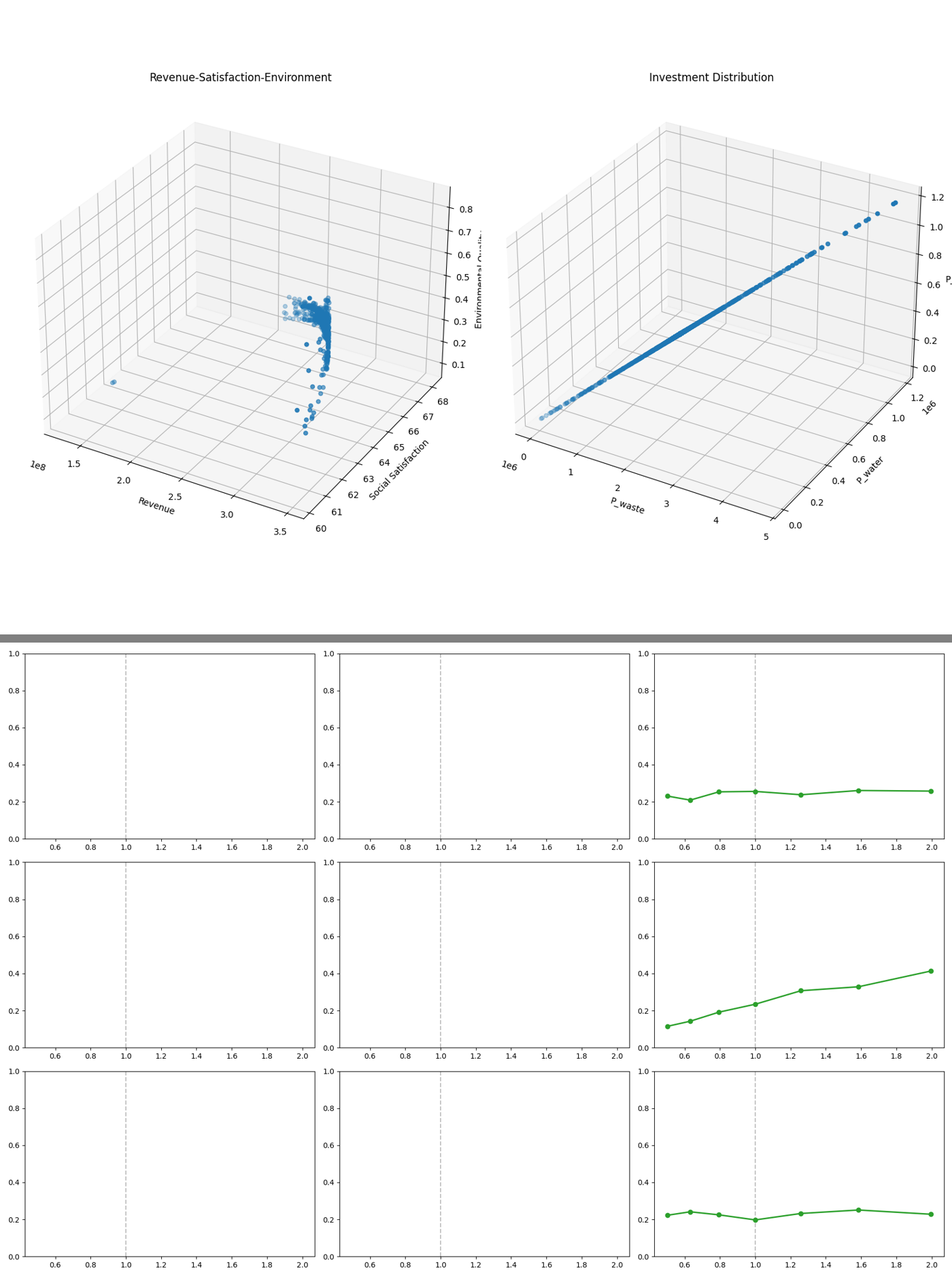
Repository: Kevinye0116/MCM
Script's output: python Coding/trial3s1.py
An editor plug-in stored every save of this project. The script's output is shown before and after the next save, followed by the edit.
The pictures are shown at 68% of full size.
Each picture stacks the figures in order, with grey between them; figures that are only written to a file come last. Figures wider than 1,400 px are first shrunk to that width. Random numbers start from a fixed seed.

Above is the script's output before, as saved 2025-01-26 09:38:59.

### Coding/trial3s1.py
from typing import List, Tuple

import matplotlib.pyplot as plt
import numpy as np
from mpl_toolkits.mplot3d import Axes3D


class TourismOptimization:
    def __init__(self):
        # 模型系数
        self.k1 = 0.5  # 环保投资效率系数
        self.k2 = 0.3  # 碳排放影响系数
        self.k3 = 0.2  # 自然恢复系数
        self.k4 = 0.15  # 基础设施发展系数
        self.k5 = 0.20  # 废物处理投资系数
        self.k6 = 0.05  # 水资源投资系数
        self.k7 = 0.05  # 环保投资系数

        # 社会满意度参数
        self.a1 = -1.975284171471327e-11  # 游客数量对居民满意度的影响系数
        self.a2 = 4.772497706879391e-05  # 旅游税对游客满意度的影响系数
        self.a3 = 0.015  # 消费水平对游客满意度的影响系数
        self.b1 = 39.266042633247565  # 居民基础满意度
        self.b2 = 60  # 游客基础满意度

        # 约束条件上限
        self.Nt_max = 5000000  # 最大游客数量
        self.tau_max = 7  # 最大旅游税
        self.Pt = 190  # 固定游客消费为常数
        self.Pt_max = 190  # 更新最大游客消费为固定值
        self.CO2_max = 500000  # 最大碳排放量
        self.E = 0  # 最小环境质量指数

        # 其他参数
        self.CO2p = 0.184  # 人均碳排放量

        # 系统动态参数
        self.dt = 0.1  # 时间步长

        # 新增参数
        self.Cwater = 18900000  # 水资源容量
        self.Cwaste = 2549110  # 废物处理容量
        self.a4 = 0.01  # 游客数量对游客满意度的影响系数
        self.b3 = 10  # 废物处理基准增长率

        # 新增影响系数
        self.k8 = 0.1  # 环保投资对碳排放的影响系数
        self.k9 = 0.4  # 废物处理投资对废物处理容量的影响系数
        self.k10 = 0.1  # 水资源投资对水资源容量的影响系数

        # 初始容量
        self.CO2p_initial = 0.184  # 初始人均碳排放量
        self.Cwaste_initial = 2549110  # 初始废物处理容量
        self.Cwater_initial = 18900000  # 初始水资源容量

    def calculate_revenue(self, x: np.ndarray) -> float:
        """计算总收入"""
        Nt, tau_t = x
        return self.Pt * Nt  # 使用固定的Pt值

    def calculate_social_satisfaction(self, x: np.ndarray) -> float:
        """计算社会满意度，确保满意度在0-100范围内"""
        Nt, tau_t = x

        # 居民满意度包含二次项
        S_residents = self.a1 * Nt * Nt + self.a2 * Nt + self.b1
        # 限制居民满意度在0-100范围内
        S_residents = np.clip(S_residents, 0, 100)

        # 游客满意度
        # S_tourists = self.a3 * self.Pt + self.a4 * Nt + self.b2
        # 限制游客满意度在0-100范围内
        # S_tourists = np.clip(S_tourists, 0, 100)

        # 加权平均
        return S_residents

    def calculate_adjusted_capacities(
        self, x: np.ndarray
    ) -> Tuple[float, float, float]:
        """计算投资后的调整容量"""
        P_waste, P_water, P_e = self.calculate_investments(x)

        # 计算调整后的容量
        CO2p_adjusted = self.CO2p_initial - self.k8 * P_e
        Cwaste_adjusted = self.Cwaste_initial - self.k9 * P_waste
        Cwater_adjusted = self.Cwater_initial - self.k10 * P_water

        # 确保容量不会变为负值
        CO2p_adjusted = max(0, CO2p_adjusted)
        Cwaste_adjusted = max(0, Cwaste_adjusted)
        Cwater_adjusted = max(0, Cwater_adjusted)

        return CO2p_adjusted, Cwaste_adjusted, Cwater_adjusted

    def calculate_environmental_quality(self, x: np.ndarray) -> float:
        """计算环境质量指数"""
        Nt, tau_t = x
        CO2p_adj, Cwaste_adj, Cwater_adj = self.calculate_adjusted_capacities(x)

        return (
            self.k1 * CO2p_adj * Nt / self.CO2_max
            + self.k2 * Nt / Cwaste_adj
            + self.k3 * Nt / Cwater_adj
        )

    # def calculate_dCwaste_dt(self, x: np.ndarray) -> float:
    #     """计算废物处理容量的变化率 dCwaste/dt"""
    #     Nt, tau_t = x
    #     Pb = self.k5 * tau_t * Nt  # 基础设施投资
    #     return self.k4 * Pb + self.b3

    def calculate_investments(self, x: np.ndarray) -> Tuple[float, float, float]:
        """计算三种投资金额"""
        Nt, tau_t = x
        Re = self.calculate_revenue(x)  # 总收入
        P_waste = self.k5 * tau_t * Re / 100  # 废物处理投资
        P_water = self.k6 * tau_t * Re / 100  # 水资源投资
        P_e = self.k7 * tau_t * Re / 100  # 环保投资
        return P_waste, P_water, P_e

    def constraints(self, x: np.ndarray) -> List[float]:
        """检查所有约束条件"""
        Nt, tau_t = x
        CO2p_adj, Cwaste_adj, Cwater_adj = self.calculate_adjusted_capacities(x)

        constraints = [
            self.Nt_max - Nt,  # 游客数量上限约束
            self.tau_max - tau_t,  # 旅游税上限约束
            self.CO2_max - Nt * CO2p_adj,  # 使用调整后的碳排放约束
            self.a1 * Nt * Nt + self.a2 * Nt + self.b1 - 60,  # 居民满意度最低要求
            Nt,  # 游客数量非负
            tau_t,  # 旅游税非负
            0.4 - (self.k5 + self.k6 + self.k7),  # 投资系数和的约束
            Cwaste_adj,  # 确保废物处理容量为正
            Cwater_adj,  # 确保水资源容量为正
        ]
        return constraints

    def is_feasible(self, x: np.ndarray) -> bool:
        """检查解是否满足所有约束条件"""
        return all(c >= 0 for c in self.constraints(x))

    def dominates(
        self,
        obj1: Tuple[float, float, float, float, float, float],
        obj2: Tuple[float, float, float, float, float, float],
    ) -> bool:
        """检查obj1是否支配obj2"""
        return (
            all(o1 >= o2 for o1, o2 in zip(obj1[:3], obj2[:3]))
            and all(o1 <= o2 for o1, o2 in zip(obj1[3:], obj2[3:]))
            and (
                any(o1 > o2 for o1, o2 in zip(obj1[:3], obj2[:3]))
                or any(o1 < o2 for o1, o2 in zip(obj1[3:], obj2[3:]))
            )
        )

    def crossover_and_mutate(
        self, parent1: np.ndarray, parent2: np.ndarray
    ) -> np.ndarray:
        """进行交叉和变异操作"""
        # 算术交叉
        alpha = np.random.random()
        child = alpha * parent1 + (1 - alpha) * parent2

        # 变异
        mutation_rate = 0.1
        if np.random.random() < mutation_rate:
            mutation_strength = 0.1
            child += np.random.normal(0, mutation_strength, size=2)

        # 确保在约束范围内
        child[0] = np.clip(child[0], 0, self.Nt_max)
        child[1] = np.clip(child[1], 0, self.tau_max)

        return child

    def pareto_optimization(
        self, population_size: int = 100, generations: int = 50
    ) -> List[np.ndarray]:
        """执行帕累托优化"""
        # 初始化种群
        population = []
        while len(population) < population_size:
            x = np.array(
                [
                    np.random.uniform(0, self.Nt_max),
                    np.random.uniform(0, self.tau_max),
                ]
            )
            if self.is_feasible(x):
                population.append(x)

        pareto_front = []
        for generation in range(generations):
            # 评估当前种群的目标函数值
            objectives = []
            for solution in population:
                if self.is_feasible(solution):
                    obj1 = self.calculate_revenue(solution)
                    obj2 = self.calculate_social_satisfaction(solution)
                    obj3 = self.calculate_environmental_quality(solution)
                    P_waste, P_water, P_e = self.calculate_investments(solution)
                    objectives.append((obj1, obj2, obj3, P_waste, P_water, P_e))
                else:
                    objectives.append(
                        (-np.inf, -np.inf, -np.inf, np.inf, np.inf, np.inf)
                    )

            # 更新帕累托前沿
            for i, solution in enumerate(population):
                if not self.is_feasible(solution):
                    continue
                dominated = False
                for j, other_solution in enumerate(population):
                    if (
                        i != j
                        and self.is_feasible(other_solution)
                        and self.dominates(objectives[j], objectives[i])
                    ):
                        dominated = True
                        break
                if not dominated:
                    pareto_front.append(solution)

            # 生成新种群
            new_population = []
            while len(new_population) < population_size:
                # 锦标赛选择
                tournament = np.random.choice(len(population), 2, replace=False)
                if objectives[tournament[0]][0] > objectives[tournament[1]][0]:
                    parent1 = population[tournament[0]]
                else:
                    parent1 = population[tournament[1]]

                tournament = np.random.choice(len(population), 2, replace=False)
                if objectives[tournament[0]][1] > objectives[tournament[1]][1]:
                    parent2 = population[tournament[0]]
                else:
                    parent2 = population[tournament[1]]

                # 交叉和变异
                child = self.crossover_and_mutate(parent1, parent2)
                if self.is_feasible(child):
                    new_population.append(child)

            population = new_population

        # 移除重复解
        pareto_front = np.unique(pareto_front, axis=0)
        return pareto_front

    def simulate_system(self, x: np.ndarray, time_steps: int = 10) -> List[dict]:
        """模拟系统动态变化"""
        history = []
        current_x = x.copy()

        for t in range(time_steps):
            CO2p_adj, Cwaste_adj, Cwater_adj = self.calculate_adjusted_capacities(
                current_x
            )
            current_E = self.calculate_environmental_quality(current_x)

            state = {
                "t": t * self.dt,
                "Nt": current_x[0],
                "tau_t": current_x[1],
                "Pt": self.Pt,
                "E": current_E,
                "CO2p": CO2p_adj,
                "Cwaste": Cwaste_adj,
                "Cwater": Cwater_adj,
                "Revenue": self.calculate_revenue(current_x),
                "Satisfaction": self.calculate_social_satisfaction(current_x),
            }
            history.append(state)

        return history

    def visualize_pareto_front(self, pareto_front: List[np.ndarray]):
        """可视化帕累托前沿"""
        if len(pareto_front) == 0:
            print("No feasible solutions found!")
            return

        objectives = np.array(
            [
                [
                    self.calculate_revenue(x),
                    self.calculate_social_satisfaction(x),
                    self.calculate_environmental_quality(x),
                    *self.calculate_investments(x),
                ]
                for x in pareto_front
            ]
        )

        # 创建多个子图来显示不同的目标组合
        fig = plt.figure(figsize=(15, 10))

        # 收入-满意度-环境质量
        ax1 = fig.add_subplot(121, projection="3d")
        scatter1 = ax1.scatter(objectives[:, 0], objectives[:, 1], objectives[:, 2])
        ax1.set_xlabel("Revenue")
        ax1.set_ylabel("Social Satisfaction")
        ax1.set_zlabel("Environmental Quality")
        ax1.set_title("Revenue-Satisfaction-Environment")

        # 三种投资的对比
        ax2 = fig.add_subplot(122, projection="3d")
        scatter2 = ax2.scatter(objectives[:, 3], objectives[:, 4], objectives[:, 5])
        ax2.set_xlabel("P_waste")
        ax2.set_ylabel("P_water")
        ax2.set_zlabel("P_e")
        ax2.set_title("Investment Distribution")

        plt.tight_layout()
        plt.show()

    def plot_simulation_results(self, history: List[dict]):
        """绘制模拟结果"""
        t = [state["t"] for state in history]
        Nt = [state["Nt"] for state in history]
        E = [state["E"] for state in history]
        CO2p = [state["CO2p"] for state in history]
        Cwaste = [state["Cwaste"] for state in history]
        Cwater = [state["Cwater"] for state in history]
        Revenue = [state["Revenue"] for state in history]
        Satisfaction = [state["Satisfaction"] for state in history]

        fig, axes = plt.subplots(3, 2, figsize=(15, 15))

        # 游客数量变化
        axes[0, 0].plot(t, Nt)
        axes[0, 0].set_title("Tourist Numbers")
        axes[0, 0].set_xlabel("Time")
        axes[0, 0].set_ylabel("Nt")

        # 环境质量变化
        axes[0, 1].plot(t, E)
        axes[0, 1].set_title("Environmental Quality")
        axes[0, 1].set_xlabel("Time")
        axes[0, 1].set_ylabel("E")

        # 容量变化
        axes[1, 0].plot(t, CO2p, label="CO2p")
        axes[1, 0].plot(t, Cwaste, label="Cwaste")
        axes[1, 0].plot(t, Cwater, label="Cwater")
        axes[1, 0].set_title("Capacity Changes")
        axes[1, 0].set_xlabel("Time")
        axes[1, 0].set_ylabel("Capacity")
        axes[1, 0].legend()

        # 收入和满意度变化
        ax2 = axes[1, 1].twinx()
        (l1,) = axes[1, 1].plot(t, Revenue, "b-", label="Revenue")
        (l2,) = ax2.plot(t, Satisfaction, "r-", label="Satisfaction")
        axes[1, 1].set_xlabel("Time")
        axes[1, 1].set_ylabel("Revenue", color="b")
        ax2.set_ylabel("Satisfaction", color="r")
        axes[1, 1].legend(handles=[l1, l2])

        plt.tight_layout()
        plt.show()

    def sensitivity_analysis(self, parameter_names: List[str], variations: int = 5):
        """执行敏感性分析"""
        fig, axes = plt.subplots(
            len(parameter_names), 3, figsize=(18, len(parameter_names) * 4)
        )
        if len(parameter_names) == 1:
            axes = [axes]  # 确保单参数时的维度一致性

        base_parameters = {name: getattr(self, name) for name in parameter_names}

        for idx, param_name in enumerate(parameter_names):
            original_value = getattr(self, param_name)
            variations_values = original_value * np.logspace(
                -0.3, 0.3, num=variations, base=10
            )  # 使用对数尺度

            revenues = []
            satisfactions = []
            environments = []

            for val in variations_values:
                setattr(self, param_name, val)
                try:
                    pareto_front = self.pareto_optimization(
                        population_size=50, generations=20
                    )
                    if len(pareto_front) > 0:
                        obj_values = np.array(
                            [
                                [
                                    self.calculate_revenue(x),
                                    self.calculate_social_satisfaction(x),
                                    self.calculate_environmental_quality(x),
                                ]
                                for x in pareto_front
                                if self.is_feasible(x)  # 添加额外可行性检查
                            ]
                        )
                        # 使用中位数代替平均值
                        revenues.append(
                            np.median(obj_values[:, 0])
                            if len(obj_values) > 0
                            else np.nan
                        )
                        satisfactions.append(
                            np.median(obj_values[:, 1])
                            if len(obj_values) > 0
                            else np.nan
                        )
                        environments.append(
                            np.median(obj_values[:, 2])
                            if len(obj_values) > 0
                            else np.nan
                        )
                    else:
                        revenues.append(np.nan)
                        satisfactions.append(np.nan)
                        environments.append(np.nan)
                except Exception as e:
                    print(f"Error analyzing {param_name}={val}: {str(e)}")
                    revenues.append(np.nan)
                    satisfactions.append(np.nan)
                    environments.append(np.nan)
                finally:
                    setattr(self, param_name, original_value)

            # 在绘图部分添加参考线和标准化
            for ax_row in axes[idx]:
                ax_row.axvline(
                    1.0, color="gray", linestyle="--", alpha=0.5
                )  # 添加基准线
                ax_row.set_ylim(0, None)  # 统一y轴起点

            # 添加颜色和样式改进
            colors = ["#1f77b4", "#ff7f0e", "#2ca02c"]  # 使用更清晰的色系
            axes[idx][0].plot(
                variations_values / original_value,
                revenues,
                "o-",
                color=colors[0],
                linewidth=2,
            )
            axes[idx][1].plot(
                variations_values / original_value,
                satisfactions,
                "o-",
                color=colors[1],
                linewidth=2,
            )
            axes[idx][2].plot(
                variations_values / original_value,
                environments,
                "o-",
                color=colors[2],
                linewidth=2,
            )

        plt.tight_layout()
        plt.show()


def main():
    # Set random seed for reproducibility
    np.random.seed(42)

    # Create optimizer instance
    optimizer = TourismOptimization()

    # Execute Pareto optimization
    print("Performing Pareto optimization...")
    pareto_front = optimizer.pareto_optimization(population_size=100, generations=50)

    # Visualize Pareto front
    print(f"Found {len(pareto_front)} Pareto optimal solutions")
    optimizer.visualize_pareto_front(pareto_front)

    # Print all Pareto optimal solutions
    print("\nAll Pareto optimal solutions:")
    for i, solution in enumerate(pareto_front, 1):
        P_waste, P_water, P_e = optimizer.calculate_investments(solution)
        print(f"\nSolution {i}:")
        print(f"Tourist Numbers: {solution[0]:.0f}")
        print(f"Tourism Tax: {solution[1]:.2f}")
        print(f"Tourist Consumption: {optimizer.Pt:.2f}")
        print(f"Expected Revenue: {optimizer.calculate_revenue(solution):.2f}")
        print(
            f"Social Satisfaction: {optimizer.calculate_social_satisfaction(solution):.2f}"
        )
        print(
            f"Environmental Quality: {optimizer.calculate_environmental_quality(solution):.2f}"
        )
        print(f"Waste Treatment Investment: {P_waste:.2f}")
        print(f"Water Resource Investment: {P_water:.2f}")
        print(f"Environmental Investment: {P_e:.2f}")

    # Perform sensitivity analysis
    print("\nPerforming sensitivity analysis...")
    analyzer = TourismOptimization()
    parameters_to_analyze = ["k1", "k2", "k3", "k5", "k6", "k7", "Nt_max", "tau_max"]
    analyzer.sensitivity_analysis(
        parameters_to_analyze[:3], variations=7
    )  # 示例分析前3个参数


if __name__ == "__main__":
    main()

After the next save:
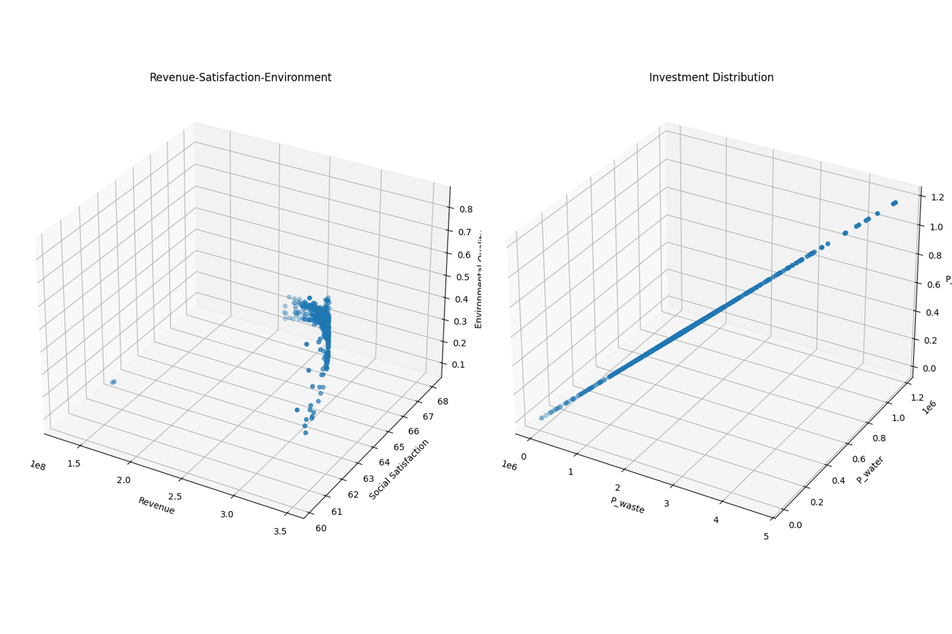
Error (its wording comes from the project's code and is left out).
Saved 7 s later.
--- a/Coding/trial3s1.py
+++ b/Coding/trial3s1.py
@@ -1,3 +1,4 @@
+from concurrent.futures import ProcessPoolExecutor
 from typing import List, Tuple
 
 import matplotlib.pyplot as plt
@@ -384,51 +385,18 @@ class TourismOptimization:
             satisfactions = []
             environments = []
 
-            for val in variations_values:
-                setattr(self, param_name, val)
-                try:
-                    pareto_front = self.pareto_optimization(
-                        population_size=50, generations=20
+            with ProcessPoolExecutor() as executor:
+                futures = []
+                for val in variations_values:
+                    futures.append(
+                        executor.submit(
+                            self._analyze_single_variation,
+                            param_name,
+                            val,
+                            original_value,
+                        )
                     )
-                    if len(pareto_front) > 0:
-                        obj_values = np.array(
-                            [
-                                [
-                                    self.calculate_revenue(x),
-                                    self.calculate_social_satisfaction(x),
-                                    self.calculate_environmental_quality(x),
-                                ]
-                                for x in pareto_front
-                                if self.is_feasible(x)  # 添加额外可行性检查
-                            ]
-                        )
-                        # 使用中位数代替平均值
-                        revenues.append(
-                            np.median(obj_values[:, 0])
-                            if len(obj_values) > 0
-                            else np.nan
-                        )
-                        satisfactions.append(
-                            np.median(obj_values[:, 1])
-                            if len(obj_values) > 0
-                            else np.nan
-                        )
-                        environments.append(
-                            np.median(obj_values[:, 2])
-                            if len(obj_values) > 0
-                            else np.nan
-                        )
-                    else:
-                        revenues.append(np.nan)
-                        satisfactions.append(np.nan)
-                        environments.append(np.nan)
-                except Exception as e:
-                    print(f"Error analyzing {param_name}={val}: {str(e)}")
-                    revenues.append(np.nan)
-                    satisfactions.append(np.nan)
-                    environments.append(np.nan)
-                finally:
-                    setattr(self, param_name, original_value)
+                results = [f.result() for f in futures]
 
             # 在绘图部分添加参考线和标准化
             for ax_row in axes[idx]:
@@ -464,6 +432,41 @@ class TourismOptimization:
         plt.tight_layout()
         plt.show()
 
+    def _analyze_single_variation(self, param_name, val, original_value):
+        setattr(self, param_name, val)
+        try:
+            pareto_front = self.pareto_optimization(population_size=50, generations=20)
+            if len(pareto_front) > 0:
+                obj_values = np.array(
+                    [
+                        [
+                            self.calculate_revenue(x),
+                            self.calculate_social_satisfaction(x),
+                            self.calculate_environmental_quality(x),
+                        ]
+                        for x in pareto_front
+                        if self.is_feasible(x)  # 添加额外可行性检查
+                    ]
+                )
+                # 使用中位数代替平均值
+                revenues = (
+                    np.median(obj_values[:, 0]) if len(obj_values) > 0 else np.nan
+                )
+                satisfactions = (
+                    np.median(obj_values[:, 1]) if len(obj_values) > 0 else np.nan
+                )
+                environments = (
+                    np.median(obj_values[:, 2]) if len(obj_values) > 0 else np.nan
+                )
+                return revenues, satisfactions, environments
+            else:
+                return np.nan, np.nan, np.nan
+        except Exception as e:
+            print(f"Error analyzing {param_name}={val}: {str(e)}")
+            return np.nan, np.nan, np.nan
+        finally:
+            setattr(self, param_name, original_value)
+
 
 def main():
     # Set random seed for reproducibility
